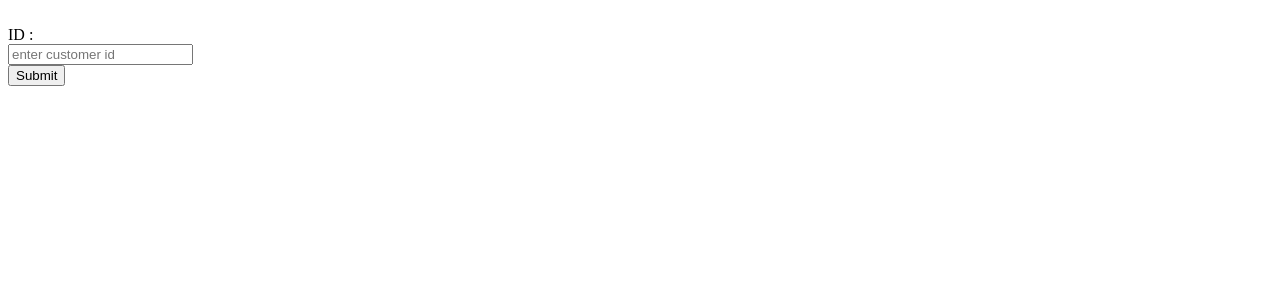
Repository: Sridharreddy597/bcjdecember2016git
Page: http://localhost/restclientAJAX/views/delfrm.jsp
An editor plug-in stored every save of this project. The page is shown before and after the next save, followed by the edit.
The browser window is 1280 px wide. The pictures show the whole page.
Some web libraries are served in a nearby version. The page is served by Tomcat 9. Nobody is signed in. The application's start-up code is not run.

Above is the page before, as saved 2017-06-16 15:31:12.

After the next save:
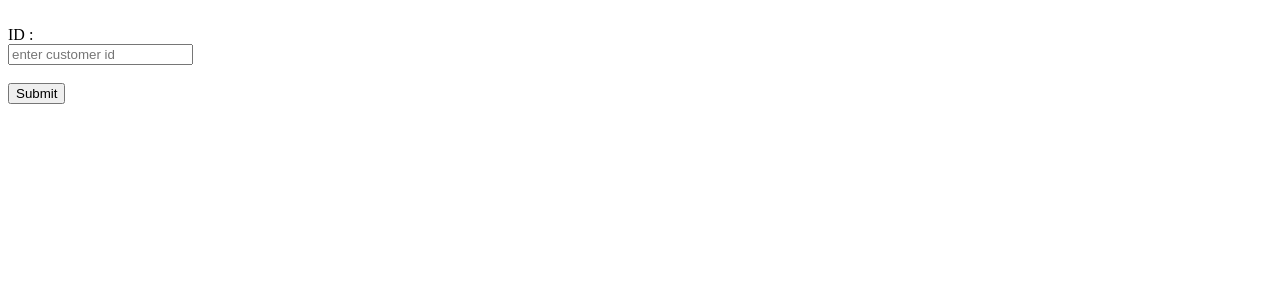
Saved 20 s later.
--- a/restclientAJAX/src/main/webapp/views/delfrm.jsp
+++ b/restclientAJAX/src/main/webapp/views/delfrm.jsp
@@ -19,8 +19,8 @@
 
 	<form commandName="cust" action="delfrm" method="DELETE" id="submitdelForm"><br>
 		ID :<br> <input type="text" class="form-control" name="id" id="id"
-			placeholder="enter customer id " required> <br> <input
-			type="submit" value="Submit">
+			placeholder="enter customer id " required> <br><br>
+			 <input	type="submit" value="Submit">
 	</form>
 	<div  id="result3"> </div>
 </div>
